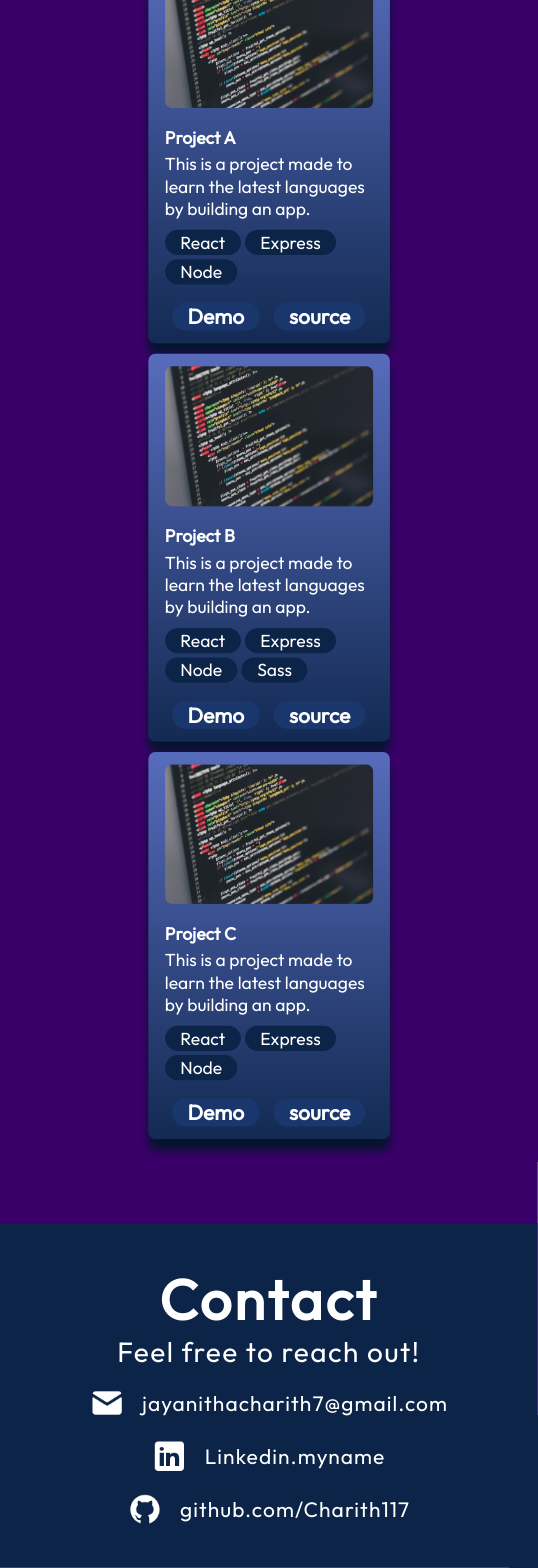
Repository: Charith117/personl-portfolio
Page: /
An editor plug-in stored every save of this project. The page is shown before and after a run of saves, followed by the edit.
The browser window is 768 px wide. The pictures show the part of the page from y = 3785 to 6025 px (the page is 6025 px tall before and 5962 px after), at 70% of full size.
The project was rebuilt for these pictures with package versions that can differ from the ones it lists, and the page was loaded fresh each time. Also part of the build but not shown: vite.config.js.

Above is the page before, as saved 2024-06-18 11:50:20.

### index.html
<!doctype html>
<html lang="en">
  <head>
    <meta charset="UTF-8" />
    <link rel="icon" type="image/svg+xml" href="/vite.svg" />
    <meta name="viewport" content="width=device-width, initial-scale=1.0" />
    <title>My portfolio</title>
  </head>
  <body>
    <div id="root"></div>
    <script type="module" src="/src/main.jsx"></script>
  </body>
</html>

### src/main.jsx
import React from 'react'
import ReactDOM from 'react-dom/client'
import App from './App.jsx'
import './index.css'
import "@fontsource/outfit"
import "@fontsource/roboto"
ReactDOM.createRoot(document.getElementById('root')).render(
  <React.StrictMode>
    <App />
  </React.StrictMode>,
)

### src/App.jsx
import styles from "./App.module.css"
import About from "./components/About/About"
import { Contacts } from "./components/Contact/Contacts"
import Experience from "./components/Experience/Experience"
import Hero from "./components/Hero/Hero"
import Navbar from "./components/Navbar/Navbar"
import { Projects } from "./components/Projects/Projects"




function App() {


  return (
    <>
      <div className={styles.App}>
        <Navbar />
        <Hero/>
        <About/>
        <Experience/>
        <Projects/>
       <Contacts/>
      </div>
    </>
  )
}

export default App

### src/index.css
*{
  box-sizing: border-box;
  margin: 0;
  padding: 0;
  font-family: "outfit",Arial,Helvetica,sans-serif;
}
html{
  scroll-behavior: smooth;
}

### src/App.module.css
@import "./var.css";

.App{
    background-color:var(--color-bg);
    width: 100%;
    height: 100%;
    overflow: hidden;

}

### src/components/About/About.jsx
import React from 'react'
import styles from "./About.module.css"
import {getImageUrl} from "../../util";

const About = () => {
  return (
    <section className={styles.container}id='about'>
        <h2 className={styles.title}>about</h2>
        <div className={styles.content}>
            <img className={styles.aboutImage} src={getImageUrl("about/aboutImage.png")} alt="mMe sitting with the laptop" />
            <ul className={styles.aboutItems}>
                <li className={styles.aboutItem}>
                    <img src={getImageUrl("about/cursorIcon.png")} alt="cursor icon" />
                    <div className={styles.aboutItemText}>
                        <h3>Frontend Developer</h3>
                        <p>I'm a frontend developer with a passion for building responsive, scalable, and maintainable</p>
                    </div>
                </li>

                <li className={styles.aboutItem} >
                    <img src={getImageUrl("about/serverIcon.png")} alt="cursor icon" />
                    <div className={styles.aboutItemText}>
                        <h3>Backend Developer</h3>
                        <p>I'm a backend developer with a passion for building scalable, secure, and efficient</p>

                    </div>
                </li>

                <li className={styles.aboutItem}>
                    <img src={getImageUrl("about/uiIcon.png")} alt="cursor icon" />
                    <div className={styles.aboutItemText}>
                        <h3>UI/UX Designer</h3>
                        <p>I'm a UI/UX designer with a passion for building intuitive, user-friendly,</p>
                    </div>
                </li>
            </ul>
        </div>
    </section>
  )
}

export default About

### src/components/Contact/Contacts.jsx
import React from 'react'
import {getImageUrl} from "../../util"
import styles from "./Contact.module.css"
export const Contacts = () => {
  return (
    <footer className={styles.container}>
    <div className={styles.text}>
        <h2>Contact</h2>
        <p>Feel free to reach out!</p>
    </div>
    <ul className={styles.links}>
        <li className={styles.link}>
            <img src={getImageUrl("contact/emailIcon.png")} alt="emial icon" />
            <a href="mailto:jayanithacharith7@gmail.com">jayanithacharith7@gmail.com</a>
        </li>
        <li className={styles.link}>
            <img src={getImageUrl("contact/linkedinIcon.png")} alt="linked icon" />
            <a href="https://www.linkedin.com/myname">Linkedin.myname</a>
        </li>
        <li className={styles.link}>
            <img src={getImageUrl("contact/githubIcon.png")} alt="emial icon" />
            <a href="https://github.com/Charith117">github.com/Charith117</a>
        </li>
    </ul>
</footer>
  )
}

### src/components/Experience/Experience.jsx
import React from 'react'
import skills from "../../data/skills.json"
import history from "../../data/history.json"
import styles from "./Experience.module.css"
import { getImageUrl } from '../../util'
const Experience = () => {
  return (

    <section className={styles.container} id='experience'>
        <h2 className={styles.title}>Experience</h2>
        <div className={styles.content}>
            <div className={styles.skills}>
              { skills.map((skill, id)=>{
                    return (
                    <div key={id} className={styles.skill}>
                                <div className={styles.skillImageContainer}><img src={getImageUrl(skill.imageSrc)} alt={skill.title} />

                                </div>
                                <p>{skill.title}</p>
                         </div>

                         );
               })}
            </div>
            <ul className={styles.history}>
                {
                    history.map((historyItem,id)=>{
                        return <li key={id} className={styles.historyItem}>
                                <img src={getImageUrl(historyItem.imageSrc)}
                                alt={`${historyItem.organisation}Logo`} />

                                <div className={styles.historyItemDetails}>
                                    <h3>{`${historyItem.role},${historyItem.organisation}`}</h3>
                                    <p>{`${historyItem.startDate}-${historyItem.endDate}`}</p>
                                    <ul>
                                        {historyItem.experiences.map((experience,id)=>{
                                            return <li key={id}>{experience}</li>
                                        })}
                                    </ul>
                                </div>
                        </li>
                    })
                }
            </ul>
        </div>
    </section>
  )
}

export default Experience

### src/components/Hero/Hero.jsx
import React from 'react'
import styles from "./Hero.module.css";
import {getImageUrl} from"../../util";

const Hero = () => {
  return (
    <section className={styles.container}>
    <div className={styles.content}>
        <h1 className={styles.title}>Hi im Charith</h1>
        <p className={styles.description}>
            Im Full satck developer but im still lerning things so if you need im here
        </p>


     <div class="buttonContainer">
         <a href="mailto:jayanithacharith7@gmail.com" class={styles.contactBtn}>Contact me</a>
          <a href="path/to/your/CV.pdf" download class={styles.downloadBtn}>Download CV</a>
    </div>

    </div>
    <img className={styles.heroImg} src={getImageUrl("hero/heroImage.png")} alt="Her" />
    <div className={styles.topBlur}></div>
    <div className={styles.bottomBlur}></div>
  </section>
  );

};

export default Hero

### src/components/Navbar/Navbar.jsx
import React,{useState} from 'react';
import styles from "./Navbar.module.css";

import{getImageUrl} from "../../util";

const Navbar = () => {

const[menuOpen,setMenuOpen]=useState(false);



  return <nav className={styles.navbar}>
    <a className={styles.title} href="/">Portfolio</a>

    <div className={styles.menu}>
        <img className={styles.menuBtn}
        src={
          menuOpen
          ? getImageUrl("nav/closeIcon.png")
          : getImageUrl("nav/menuIcon.png")
          }
          onClick={()=>setMenuOpen(!menuOpen)}

          />
        <ul
        className={`${styles.menuitems} ${menuOpen && styles.menuOpen}`}
          onclick={()=>setMenuOpen(false)}
        >
                 <li>
                      <a href="#about">About</a>
                </li>
                 <li>
                      <a href="#experience">Experience</a>
                </li>
                <li>
                      <a href="#projects">Projects</a>
                </li>
                 <li>
                     <a href="#about">About</a>
                </li>
        </ul>
    </div>
  </nav>
}

export default Navbar

### src/components/Projects/Projects.jsx
import React from 'react'
import styles from "./Projects.module.css"
import Project from "../../data/project.json"
import {ProjectCard} from "./ProjectCard"


export const Projects = () => {
  return (
    <section className={styles.container} id='projects'>
        <h2 className={styles.title}>Projects</h2>
        <div className={styles.projects}>
          {Project.map((project,id)=>{
            return <ProjectCard key={id} project={project}/>;
          })}
        </div>
    </section>
  )
}

### src/var.css
:root{
    /* colors */
    --color-text:#fff;
    --color-primary:#19376d;
    --color-secondary:#f7f7f7;
    --color-dark:#0b2447;
    --color-bg:#3a006a;


    /* fonts */
    --font-roboto:"Roboto";

}

### src/components/About/About.module.css
@import "../../var.css";


.container{
    position:relative;
    background-color: rgba(12, 12, 12,0.6);
    border-radius: 15px;
    padding: 73px;
    margin-top: 129px;
    z-index: 1;
    margin-left: 10%;
    margin-right: 10%;
}

.title{
    color: var(--color-text);
    font-size: 35px;
    font-weight: 700;
    letter-spacing: 1.75px;
    text-transform: uppercase;
}

.content{
    display: flex;
    flex-direction: row;
    align-items: center;
}
.aboutImage{
    width: 25%;
}

.aboutItems{
    color:var(--color-text);
    display: flex;
    flex-direction:  column;
    gap: 50px;

}

.aboutItem{
    display:flex;
    flex-direction: row;
    align-items: center;
    border-radius:20px;
    list-style: none;
    padding: 25px;
    background-image: linear-gradient(90deg,
    rgba(165,215,232,0.42)0%,
    rgba(225,225,225,0)100%

    );

    background-size: 0 100%;
    background-repeat: no-repeat;
    transition:0.4s;

}

.aboutItem:hover{
background-size:100% 100%;

}

.about{
    font-size: 25px;
    font-weight: 600;
}

.aboutItem p{
    font-size: 25px;

}

@media screen and (max-width :830px){
  .container{
    background-color:transparent;
    padding-left: 0;
    padding-right: 0;

  }

  .content{
    font-display: column;

  }
  .aboutImage{
    display: none;
  }
  .aboutItems{
    margin-top: 29px;
  }
  .aboutItem{
    padding-left: 0;
  }

}

### src/util.js
export const getImageUrl=(path)=>{
    return new URL(`/assets/${path}`,import.meta.url).href;
}

### src/components/Contact/Contact.module.css
@import "../../var.css";


.container{
    color: var(--color-text);
    margin-top: 120px;
    background-color: var(--color-dark);
    display: flex;
    flex-direction: row;
    justify-content: space-evenly;
    width: 100vw;
    padding: 58px 10%;
    gap: 10px;


}

.text h2{
    font-size: 80px;
    font-weight: 700;
    letter-spacing: 4px;
}

.text p{
    font-size: 40px;
    font-weight: 400;
    letter-spacing: 2px;
}


.links{
    display: flex;
    flex-direction: column;
    align-items: flex-start;
    list-style: none;
    gap: 26px;
}
.link{
    display: flex;
    align-items: center;
    gap: 25px;
}
.link a{
    color:var(--color-text);
    text-decoration: none ;
    font-size: 30px;
    font-weight: 400;
    letter-spacing: 1.5px;
}

@media screen and (max-width:830px){
    .container{
            flex-direction: column;
            gap: 23px;

        }

    .text{
        display: flex;
        flex-direction: column;
        align-items: center;


    }

    .links{
        align-items: center;
    }


}

### src/components/Experience/Experience.module.css
@import "../../var.css";


.container{
    color:var(--color-text);
    margin-top: 79px;
    margin-left: 10%;
    margin-right: 10%;
}

.title{
    color:var(--color-text);
    font-size: 35px;
    font-weight: 700;
    letter-spacing: 1.75px;
    text-transform: uppercase;
}

.content{
    display: flex;
    flex-direction:row ;
    justify-content: space-evenly;
    margin-top: 14px;
}
.skills{
    width: 50%;
    display: flex;
    flex-wrap:wrap;
    gap:37px;
    justify-content: center;


}

.skill{
     display: flex;
     flex-direction: column;
     align-items: center;
     gap: 11px;
}

.skillImageContainer{
    background-color:var(--color-secondary) ;
    border-radius: 100%;
    display: flex;
    align-items: center;
    justify-content: center;
    width: 120px;
    height: 120px;
}

.skillImageContainer img{

width: 75px;

}
.skill p{
    font-size: 25px;
    font-family:var(--font-roboto);
    font-weight: 500;
}

.history{
    width: 45%;
    display: flex;
    flex-direction: column;
    gap: 40px;
}

.historyItem{
    display:flex;
    flex-direction: row;
    align-items:center;
    gap:17px;
    background: #19376d;
    background: linear-gradient(90deg,#19376d 0%,rgba(25,55,100,0)100%);
    border-radius: 10px;
    padding: 24px;
}
.history img{
    width: 50px;

}

.historyItemDetails{
    font-family:var(--font-roboto);
}
.historyItemDetails h3{
    font-size: 30px;
    font-weight: 500;
}
.historyItemDetails h3{
    font-size: 20px;
    font-weight: 300;
}
.historyItemDetails ul{
    margin-top: 6px;
    list-style-position: inside;
    font-size: 25px;
    list-style-type: disc;
    margin-left: 17px;

}

@media screen and (max-width:830px){

    .content{

     flex-direction:column;
     align-items:center;
     gap: 34px;
    }


    .skills{
        width: 100px;
        flex-direction: row;
        justify-content: center;


    }
    .history{
        width: 100%;
        gap: 9px;

    }
    .title{
        text-align: center;
    }
}

### src/components/Hero/Hero.module.css
@import "../../var.css";

.container{

    position: relative;
    display: flex;
    align-items: center;
    justify-content: space-between;
    margin-top:49px;
    z-index: 1;
    margin-left: 10%;
    margin-right: 10%;


}

.content{
    display: flex;
    flex-direction: column;
    align-items:flex-start;
    color:var(--color-text);
    z-index: 1;
}
.title{
    font-size: 72px;
    font-weight: 900;
    margin-bottom: 33px;
    font-family: var(--font-roboto);
    background :linear-gradient(90deg,rgba(255,255,255,1)70%,
    rgba(255,255,255,0)120%);

}
.description{
    font-size: 25px;
    font-family: var(--font-roboto);
    margin-bottom: 20px;

}
.contactBtn, .downloadBtn {
    text-decoration: none;
    background-color: var(--color-primary);
    color: var(--color-text);
    border-radius: 100px;
    font-size: 25px;
    font-weight: 600;
    padding: 15px 22px;
    box-shadow: 0 0 4px 0 rgba(0, 0, 0, 0.25);
    display: inline-block; /* Ensure it behaves like a button */
    margin: 0 10px;

}

.downloadBtn:hover{
    color:rgb(53, 52, 53);
    background-color:blanchedalmond;
}
.contactBtn:hover{
    color:rgb(53, 52, 53);
    background-color:blanchedalmond;
}



.buttonContainer{
    display: flex;

    align-items: center;
}
.heroImg{
    width: 50%;
    z-index: 1;


    animation: floating 3s ease-in-out infinite;
}

@keyframes floating{
    0%{
        transform: translate(0,0px);
    }
    50%{
        transform: translate(0,10px);
    }

    100%{
        transform: translate(0,-0px);
    }


}
.topBlur{
    position: absolute;
    width: 50vw;
    height: 50vw;
    min-width: 350px;
    min-height: 350px;
    top: -120px;
    left: 25vw;
    background-repeat: 500px;
    background:rgba(25, 55, 109, 0.7);
    filter:blur(100px);
    z-index: 0;

}
/* .bottomBlur{
    position: absolute;
    width: 70vw;
    height: 50vw;
    min-width: 350px;
    min-height: 250px;
    top: 264px;
    left: -25vw;
    background-repeat: 764px;
    background:rgba(25, 55, 109, 0.7);
    filter:blur(100px);
    z-index: 0;
    overflow: hidden;

} */

@media screen and (max-width:830px) {
    .container{
        flex-direction:column-reverse;
    }
    .content{
        align-items:center;
    }
    .title{
        font-size: 50px;
        font-weight: 900;
        margin-bottom: 33px;
        font-family: var(--font-roboto);
        background :linear-gradient(90deg,rgba(255,255,255,1)70%,
        rgba(255,255,255,0)120%);

        -webkit-text-fill-color:transparent;
        -webkit-background-clip: text ;
    }

    .contactBtn, .downloadBtn {
        text-decoration: none;
        background-color: var(--color-primary);
        color: var(--color-text);
        border-radius: 100px;
        font-size: 18px;
        font-weight: 600;
        padding: 12px 20px;
        box-shadow: 0 0 4px 0 rgba(0, 0, 0, 0.25);
        display: inline-block; /* Ensure it behaves like a button */
        margin: 0 5px;
        margin-top: 5px;
    }
}

### src/components/Navbar/Navbar.module.css
@import "../../var.css";

.navbar{

    position: relative;
    display: flex;
    align-items: center;
    justify-content: space-between;
    padding-top: 61px;
    z-index: 2;
    margin: 0 10%;
}
.title{
    font-size:30px;
    font-weight: 600;
    text-decoration: none;
    color:var(--color-text);

}
.menu{
    display: flex;

}
.menuitems{
    display:flex;
    gap: 47px;
    list-style: none;
}
.menuitems a{
    font-size: 25px;
    text-decoration: none;
    color:var(--color-text);
}
.menuBtn{
    display: none;


}


@media screen and (max-width: 830px){
    .navbar{
        flex-direction: column;
        align-items:flex-start;
    }

    .menu{
        position: absolute;
        right: 0;
        margin-right: 10%;
        flex-direction: column;
        align-items:flex-end;
        gap: 11px;
        z-index: 3;
    }
    .menuBtn{
        display: block;
        cursor: pointer;

    }
    .menuitems{
        display: none;
        flex-direction: column;
        align-items: center;
        gap: 13px;
        border-radius:10px;
        padding: 5px;
        background:rgb(25,55,109);




    }
    .menuOpen{
        display: flex;
        z-index: 1;
    }
}

### src/components/Projects/Projects.module.css
@import "../../var.css";


.container{
    margin-top: 76px;
    color: var(--color-text);
    margin-left: 10%;
    margin-right: 10%;
}
.title{
    font-size: 35px;
    font-weight: 700;
    letter-spacing: 1.75px;
    text-transform: uppercase;
}

.projects{
    margin-top: 37px;
    display: flex;
    flex-direction: row;
    flex-wrap: wrap;
    align-items: center;
    justify-content:center;
    gap: 15px;
    width: 100%;

}

### src/components/Projects/ProjectCard.jsx
import React from 'react'
import styles from "./ProjectCard.module.css"
import {getImageUrl} from "../../util"

export const ProjectCard = ({project:{title,imageSrc,description,demo,source,skills}}) => {
  return (
    <div className={styles.container} id='project'>
          <img
          className={styles.image}
          src={getImageUrl(imageSrc)}
          alt={`image of${title}`}/>

          <h3 className={styles.title}>{title}</h3>
          <p className={styles.description}>{description}</p>

          <ul className={styles.skills}>
            {skills.map((skill,id)=>{
             return <li  key={id} className={styles.skill}>{skill}</li>
            })}
          </ul>

          <div className={styles.links}>
            <a href={demo}className={styles.link}>Demo</a>
            <a href={source}className={styles.link}>source

            </a>
          </div>
  </div>
   );
};

### src/components/Projects/ProjectCard.module.css
@import "../../var.css";


.container{
    display: flex;
    flex-direction: column;
    border-radius:10px;
    background: linear-gradient(180deg,#576cbc 0%,#132a53 100%);
    box-shadow: 0 16px 14px 0 #04152d;
    padding: 18px 24px;
    max-width: 345px;


}
.image{
    margin-bottom: 26px;

}
.title{
    font-size: 25px;
    font-weight: 700;
}

.description{
    margin-top: 6px;
    font-size: 25px;
    font-weight: 400;
}
.skills{
    width: 100%;
    margin-top: 14px;
    display: flex;
    font-display: row;
    flex-wrap: wrap;
    gap: 6px;
    list-style: none;
}

.skill{
    font-size: 25px;
    font-weight: 400;
    border-radius:100px;
    background:var(--color-dark);
    padding: 2px 22px;


}
.links{
    width: 100%;
    margin-top: 26px;
    display: flex;
    justify-content: space-around;

}

.link{
    text-decoration: none;
    color:var(--color-text);
    font-size: 30px;
    font-weight: 600;
    border-radius:100px;
    background:var(--color-primary);
    padding: 1px 22px;

}

Loaded but not shown: src/data/skills.json (common file); src/data/history.json (common file); src/data/project.json (common file)

After the next 2 saves:
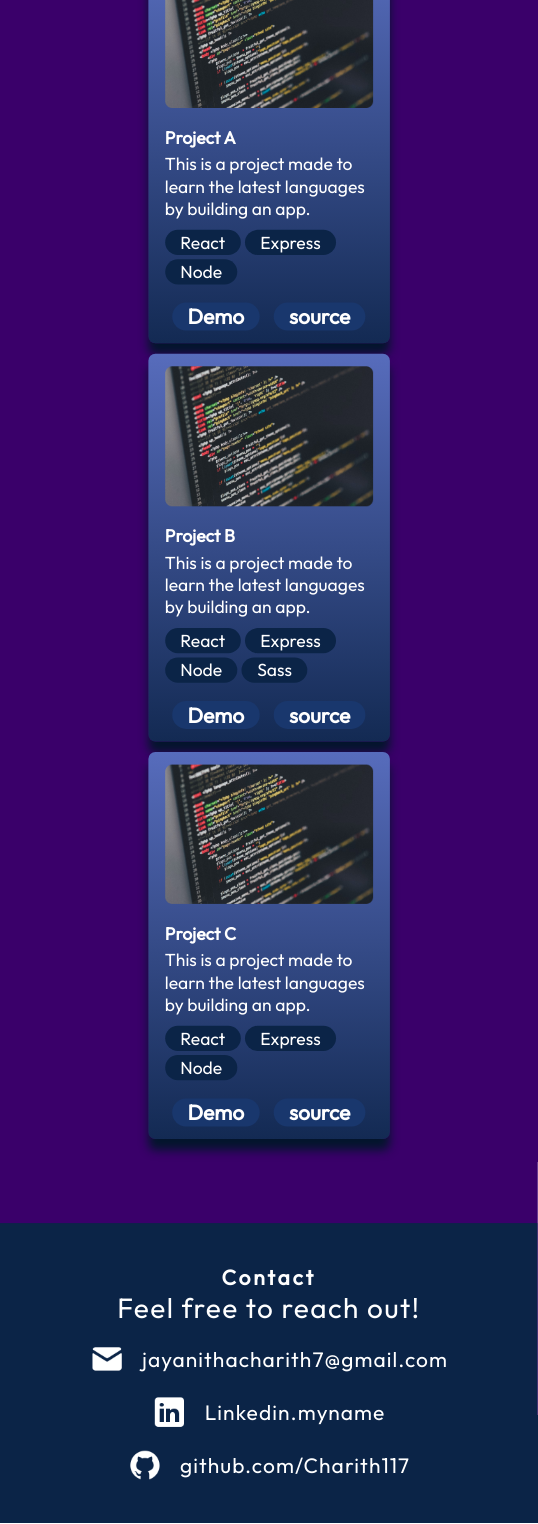
The 2 saves are shown as one change because they came seconds apart.
The last was saved 10 s later.
--- a/src/components/Contact/Contact.module.css
+++ b/src/components/Contact/Contact.module.css
@@ -66,6 +66,16 @@
     .links{
         align-items: center;
     }
+    .text h2{
+        font-size: 30px;
+        font-weight: 700;
+        letter-spacing: 4px;
+    }
 
+    .text p{
+        font-size: 40px;
+        font-weight: 400;
+        letter-spacing: 2px;
+    }
 
 }
